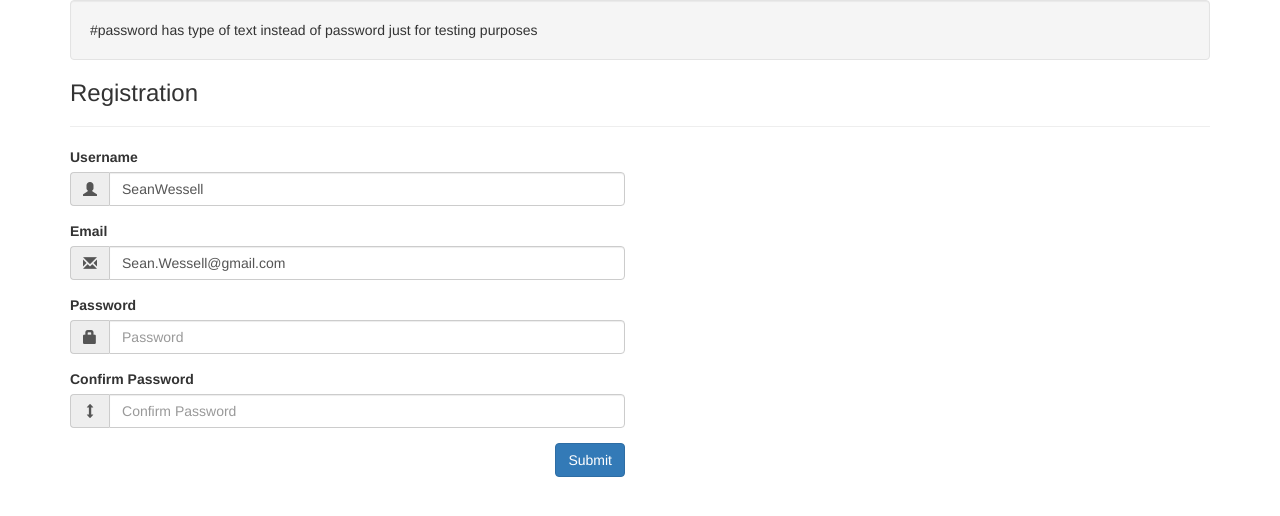
Repository: phamtailinh/webtintuc
Page: http://localhost/doicapdat/Quenmk.jsp
An editor plug-in stored every save of this project. The page is shown before and after the next save, followed by the edit.
The browser window is 1280 px wide. The pictures show the whole page.
Some web libraries are served in a nearby version. The page is served by Tomcat 9. Other server files are loaded and not shown.

Above is the page before, as saved 2022-01-07 08:34:55.
Console error (its wording comes from the project's code and is left out).

### doicapdat/src/main/webapp/Quenmk.jsp
<%@ page language="java" contentType="text/html; charset=ISO-8859-1"
    pageEncoding="ISO-8859-1"%>
<!DOCTYPE html>
<html>
<head>
<meta charset="ISO-8859-1">
<title>Insert title here</title>
<link href="//maxcdn.bootstrapcdn.com/bootstrap/3.3.0/css/bootstrap.min.css" rel="stylesheet" id="bootstrap-css">
<script src="//maxcdn.bootstrapcdn.com/bootstrap/3.3.0/js/bootstrap.min.js"></script>
<script src="//code.jquery.com/jquery-1.11.1.min.js"></script>
<style type="text/css">
.popover.primary {
    border-color:#337ab7;
}
.popover.primary>.arrow {
    border-top-color:#337ab7;
}
.popover.primary>.popover-title {
    color:#fff;
    background-color:#337ab7;
    border-color:#337ab7;
}
.popover.success {
    border-color:#d6e9c6;
}
.popover.success>.arrow {
    border-top-color:#d6e9c6;
}
.popover.success>.popover-title {
    color:#3c763d;
    background-color:#dff0d8;
    border-color:#d6e9c6;
}
.popover.info {
    border-color:#bce8f1;
}
.popover.info>.arrow {
    border-top-color:#bce8f1;
}
.popover.info>.popover-title {
    color:#31708f;
    background-color:#d9edf7;
    border-color:#bce8f1;
}
.popover.warning {
    border-color:#faebcc;
}
.popover.warning>.arrow {
    border-top-color:#faebcc;
}
.popover.warning>.popover-title {
    color:#8a6d3b;
    background-color:#fcf8e3;
    border-color:#faebcc;
}
.popover.danger {
    border-color:#ebccd1;
}
.popover.danger>.arrow {
    border-top-color:#ebccd1;
}
.popover.danger>.popover-title {
    color:#a94442;
    background-color:#f2dede;
    border-color:#ebccd1;
}
</style>
</head>
<body>
<div class="container">
<p class="well">#password has type of text instead of password just for testing purposes</p>
     <h3>Registration</h3>
    <hr>
    <div class="row">
        <div class="col-lg-6">
            <div class="form-group">
                <label>Username</label>
                <div class="input-group"> <span class="input-group-addon"><span class="glyphicon glyphicon-user"></span></span>
                    <input type="text" class="form-control" name="Username" id="Username" placeholder="Requested Username" required value="SeanWessell">
                </div>
            </div>
            <div class="form-group">
                <label>Email</label>
                <div class="input-group"> <span class="input-group-addon"><span class="glyphicon glyphicon-envelope"></span></span>
                    <input type="text" class="form-control" name="Email" id="Email" placeholder="Requested Email" required value="Sean.Wessell@gmail.com">
                </div>
            </div>
            <div class="form-group">
                <label>Password</label>
                <div class="input-group"> <span class="input-group-addon"><span class="glyphicon glyphicon-lock"></span></span>
                    <input type="text" class="form-control" name="password" id="password" placeholder="Password" required data-toggle="popover" title="Password Strength" data-content="Enter Password...">
                </div>
            </div>
            <div class="form-group">
                <label>Confirm Password</label>
                <div class="input-group"> <span class="input-group-addon"><span class="glyphicon glyphicon-resize-vertical"></span></span>
                    <input type="password" class="form-control" name="confirm" id="confirm" placeholder="Confirm Password" required>
                </div>
            </div>
            <input type="submit" name="submit" id="submit" value="Submit" class="btn btn-primary pull-right">
        </div>
    </div>
</div>
</body>
</html>

After the next save:
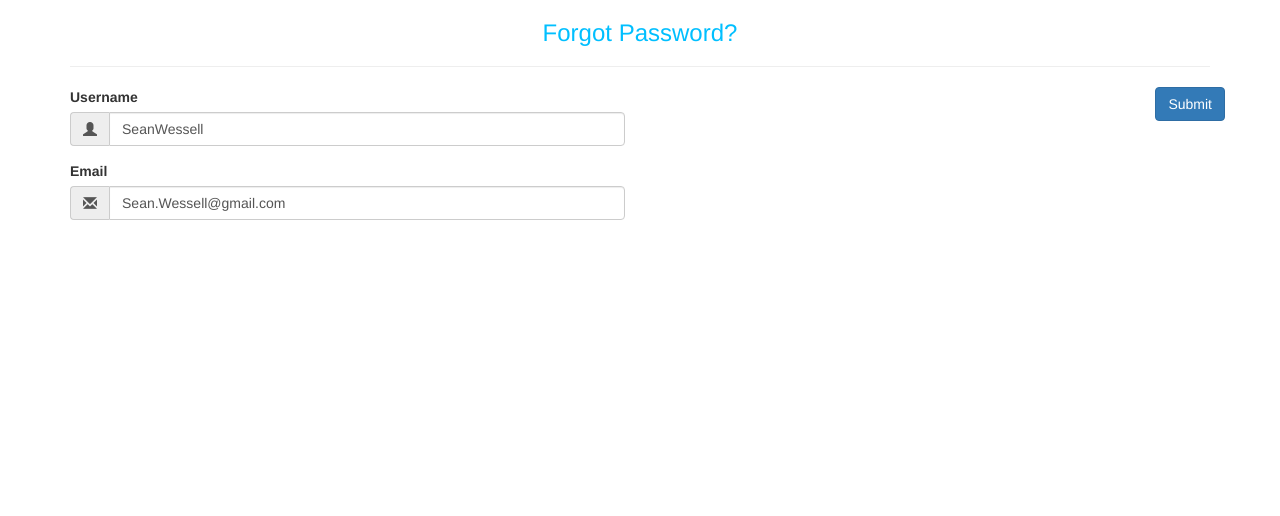
Saved 5 min 27 s later.
--- a/doicapdat/src/main/webapp/Quenmk.jsp
+++ b/doicapdat/src/main/webapp/Quenmk.jsp
@@ -68,8 +68,8 @@
 </head>
 <body>
 <div class="container">
-<p class="well">#password has type of text instead of password just for testing purposes</p>
-     <h3>Registration</h3>
+
+     <h3 style="color: #00BFFF;text-align: center;">Forgot Password?</h3>
     <hr>
     <div class="row">
         <div class="col-lg-6">
@@ -85,17 +85,7 @@
                     <input type="text" class="form-control" name="Email" id="Email" placeholder="Requested Email" required value="Sean.Wessell@gmail.com">
                 </div>
             </div>
-            <div class="form-group">
-                <label>Password</label>
-                <div class="input-group"> <span class="input-group-addon"><span class="glyphicon glyphicon-lock"></span></span>
-                    <input type="text" class="form-control" name="password" id="password" placeholder="Password" required data-toggle="popover" title="Password Strength" data-content="Enter Password...">
-                </div>
-            </div>
-            <div class="form-group">
-                <label>Confirm Password</label>
-                <div class="input-group"> <span class="input-group-addon"><span class="glyphicon glyphicon-resize-vertical"></span></span>
-                    <input type="password" class="form-control" name="confirm" id="confirm" placeholder="Confirm Password" required>
-                </div>
+
             </div>
             <input type="submit" name="submit" id="submit" value="Submit" class="btn btn-primary pull-right">
         </div>
